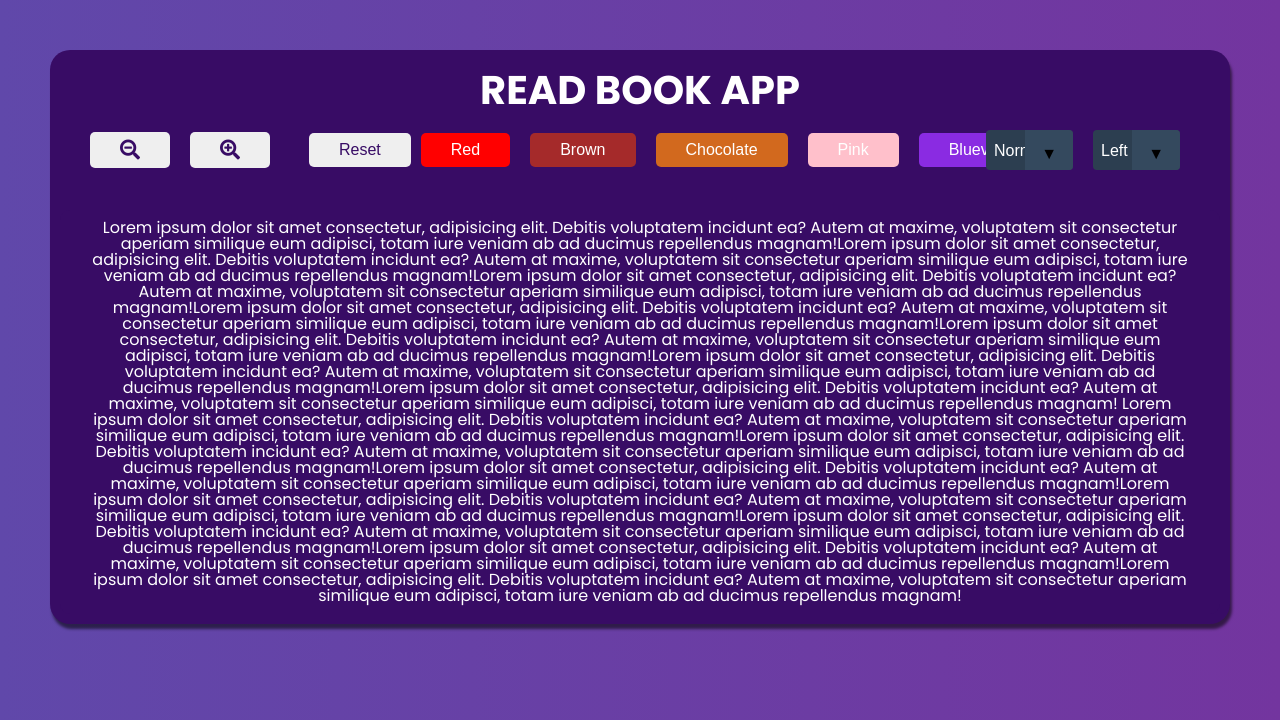
Repository: dinhconglam2306/frontend_tu_xa
Page: b09/02-reading-info/index.html
These files come from the project's save history. The page is drawn as it stood at one moment and after the next save; the edit follows.
The browser window is 1280 px wide. The pictures show the whole page.
After loading, the first visible `button.app-controls-bg__reset` was clicked once.
Some web libraries are served in a nearby version. The style sheet was rebuilt from its Sass, Less or Tailwind sources for each picture, by a compiler version that may differ from the author's.

Above is the page before, as saved 2021-04-25 07:50:07.

### b09/02-reading-info/index.html
<!DOCTYPE html>
<html lang="en">
  <head>
    <meta charset="UTF-8" />
    <meta http-equiv="X-UA-Compatible" content="IE=edge" />
    <meta name="viewport" content="width=device-width, initial-scale=1.0" />
    <title>Document</title>
    <link rel="stylesheet" href="css/style.css" />
    <link
      rel="stylesheet"
      href="https://pro.fontawesome.com/releases/v5.10.0/css/all.css"
      integrity="sha384-AYmEC3Yw5cVb3ZcuHtOA93w35dYTsvhLPVnYs9eStHfGJvOvKxVfELGroGkvsg+p"
      crossorigin="anonymous"
    />
    <link rel="preconnect" href="https://fonts.gstatic.com" />
    <link
      href="https://fonts.googleapis.com/css2?family=Poppins:wght@100;300;400;500;700&display=swap"
      rel="stylesheet"
    />
  </head>
  <body>
    <div class="app">
      <h1 class="app__title">Read Book App</h1>
      <div class="app-controls">
        <div class="app-controls-zoom">
          <button class="app-controls-zoom__button" data-value="zoom-in">
            <i class="fas fa-search-minus app-controls-zoom__button-icon"></i>
          </button>
          <button class="app-controls-zoom__button" data-value="zoom-out">
            <i class="fas fa-search-plus app-controls-zoom__button-icon"></i>
          </button>
        </div>

        <div class="app-controls-bg">
          <button class="app-controls-bg__reset">Reset</button>
          <button
            class="app-controls-bg__color app-controls-bg__color-red"
            data-color="red"
          >
            Red
          </button>
          <button
            class="app-controls-bg__color app-controls-bg__color-brown"
            data-color="brown"
          >
            Brown
          </button>
          <button
            class="app-controls-bg__color app-controls-bg__color-yellow"
            data-color="chocolate"
          >
            Chocolate
          </button>
          <button
            class="app-controls-bg__color app-controls-bg__color-pink"
            data-color="pink"
          >
            Pink
          </button>
          <button
            class="app-controls-bg__color app-controls-bg__color-blueviolet"
            data-color="blueviolet"
          >
            Blueviolet
          </button>
        </div>
        <div class="app-controls-select">
          <div class="select">
            <select class="app-controls-select__lineheight">
              <option value="0.9">Narrow</option>
              <option value="1.2" selected>Normal</option>
              <option value="2">Large</option>
            </select>
          </div>
          <div class="select">
            <select class="app-controls-select__textalign">
              <option value="left" selected>Left</option>
              <option value="center">Center</option>
              <option value="right">Right</option>
              <option value="justify">Justify</option>
            </select>
          </div>
        </div>
      </div>
      <div class="app-content" style="font-size: 16px">
        <p>
          Lorem ipsum dolor sit amet consectetur, adipisicing elit. Debitis
          voluptatem incidunt ea? Autem at maxime, voluptatem sit consectetur
          aperiam similique eum adipisci, totam iure veniam ab ad ducimus
          repellendus magnam!Lorem ipsum dolor sit amet consectetur, adipisicing
          elit. Debitis voluptatem incidunt ea? Autem at maxime, voluptatem sit
          consectetur aperiam similique eum adipisci, totam iure veniam ab ad
          ducimus repellendus magnam!Lorem ipsum dolor sit amet consectetur,
          adipisicing elit. Debitis voluptatem incidunt ea? Autem at maxime,
          voluptatem sit consectetur aperiam similique eum adipisci, totam iure
          veniam ab ad ducimus repellendus magnam!Lorem ipsum dolor sit amet
          consectetur, adipisicing elit. Debitis voluptatem incidunt ea? Autem
          at maxime, voluptatem sit consectetur aperiam similique eum adipisci,
          totam iure veniam ab ad ducimus repellendus magnam!Lorem ipsum dolor
          sit amet consectetur, adipisicing elit. Debitis voluptatem incidunt
          ea? Autem at maxime, voluptatem sit consectetur aperiam similique eum
          adipisci, totam iure veniam ab ad ducimus repellendus magnam!Lorem
          ipsum dolor sit amet consectetur, adipisicing elit. Debitis voluptatem
          incidunt ea? Autem at maxime, voluptatem sit consectetur aperiam
          similique eum adipisci, totam iure veniam ab ad ducimus repellendus
          magnam!Lorem ipsum dolor sit amet consectetur, adipisicing elit.
          Debitis voluptatem incidunt ea? Autem at maxime, voluptatem sit
          consectetur aperiam similique eum adipisci, totam iure veniam ab ad
          ducimus repellendus magnam! Lorem ipsum dolor sit amet consectetur,
          adipisicing elit. Debitis voluptatem incidunt ea? Autem at maxime,
          voluptatem sit consectetur aperiam similique eum adipisci, totam iure
          veniam ab ad ducimus repellendus magnam!Lorem ipsum dolor sit amet
          consectetur, adipisicing elit. Debitis voluptatem incidunt ea? Autem
          at maxime, voluptatem sit consectetur aperiam similique eum adipisci,
          totam iure veniam ab ad ducimus repellendus magnam!Lorem ipsum dolor
          sit amet consectetur, adipisicing elit. Debitis voluptatem incidunt
          ea? Autem at maxime, voluptatem sit consectetur aperiam similique eum
          adipisci, totam iure veniam ab ad ducimus repellendus magnam!Lorem
          ipsum dolor sit amet consectetur, adipisicing elit. Debitis voluptatem
          incidunt ea? Autem at maxime, voluptatem sit consectetur aperiam
          similique eum adipisci, totam iure veniam ab ad ducimus repellendus
          magnam!Lorem ipsum dolor sit amet consectetur, adipisicing elit.
          Debitis voluptatem incidunt ea? Autem at maxime, voluptatem sit
          consectetur aperiam similique eum adipisci, totam iure veniam ab ad
          ducimus repellendus magnam!Lorem ipsum dolor sit amet consectetur,
          adipisicing elit. Debitis voluptatem incidunt ea? Autem at maxime,
          voluptatem sit consectetur aperiam similique eum adipisci, totam iure
          veniam ab ad ducimus repellendus magnam!Lorem ipsum dolor sit amet
          consectetur, adipisicing elit. Debitis voluptatem incidunt ea? Autem
          at maxime, voluptatem sit consectetur aperiam similique eum adipisci,
          totam iure veniam ab ad ducimus repellendus magnam!
        </p>
      </div>
    </div>
    <script src="js/jquery-3.6.0.min.js"></script>
    <script src="js/main.js"></script>
  </body>
</html>

### b09/02-reading-info/js/main.js
$(document).ready(function () {
  let areaContent = $(".app-content");
  let btnZoom = $(".app-controls-zoom__button");
  let btnColor = $(".app-controls-bg__color");
  let selectLineheight = $(".app-controls-select__lineheight");
  let textAlign = $(".app-controls-select__textalign");

  let config = JSON.parse(localStorage.getItem("READING_INFO"));
  if (config) {
    areaContent.css("background-color", config.bgColor);
    areaContent.css("font-size", config.fontSize + "px");
    areaContent.css("text-align", config.position);
    areaContent.css("line-height", config.lineHeight);
  } else {
    config = {
      bgColor: "#380c65",
      lineHeight: 1,
      position: "right",
      fontSize: 12,
    };
    localStorage.setItem("READING_INFO", JSON.stringify(config));
  }

  /*------------RESET - START---------*/

  $(".app-controls-bg__reset").click(function () {
    // localStorage.removeItem("READING_INFO");
    areaContent.css("background-color", "#380c65");
    areaContent.css("line-height", 1);
    areaContent.css("text-align", "center");
    areaContent.css("font-size", 16);
  });

  /*------------FONTSIZE - START---------*/
  const incrementFontsize = 1;
  btnZoom.on("click", function () {
    let fontSize = parseFloat($(".app-content").css("font-size"));
    let value = $(this).data("value");
    if (value == "zoom-out") {
      fontSize += incrementFontsize;
    } else if (value == "zoom-in") {
      fontSize -= incrementFontsize;
    }
    areaContent.css("font-size", fontSize + "px");
    config.fontSize = fontSize;
    localStorage.setItem("READING_INFO", JSON.stringify(config));
  });
  /*------------FONTSIZE - END---------*/

  /*------------BACKGROUND-COLOR - START---------*/
  btnColor.click(function () {
    let color = $(this).data("color");
    areaContent.css("background-color", color);
    config.bgColor = color;
    localStorage.setItem("READING_INFO", JSON.stringify(config));
  });
  /*------------BACKGROUND-COLOR - END---------*/

  /*------------LINE-HEIGHT - START---------*/
  selectLineheight.change(function () {
    let lineheight = selectLineheight.val();
    areaContent.css("line-height", lineheight);
    config.lineHeight = lineheight;
    localStorage.setItem("READING_INFO", JSON.stringify(config));
  });
  /*------------LINE-HEIGHT - END---------*/

  /*------------TEXT-ALIGN - START---------*/
  textAlign.change(function () {
    let position = textAlign.val();
    areaContent.css("text-align", position);
    config.position = position;
    localStorage.setItem("READING_INFO", JSON.stringify(config));
  });
  /*------------TEXT-ALIGN - END---------*/
});

### b09/02-reading-info/style.scss
@mixin size($width, $height: $width) {
  width: $width;
  height: $height;
}
@mixin flexbox(
  $align: flex-start,
  $justify: flex-start,
  $flex-direction: row,
  $wrap: nowrap
) {
  display: flex;
  align-items: $align;
  justify-content: $justify;
  flex-direction: $flex-direction;
  flex-wrap: $wrap;
}
* {
  margin: 0px;
  padding: 0px;
  box-sizing: border-box;
}
html {
  font-size: 62.5%;
}
body {
  padding: 5rem;
  font-size: 1.6rem;
  font-family: "Poppins", sans-serif;
  font-weight: normal;
  display: flex;
  align-items: center;
  justify-content: center;
  background-image: linear-gradient(to right, #6048aa, #73359f);
}
select {
  -webkit-appearance: none;
  -moz-appearance: none;
  -ms-appearance: none;
  appearance: none;
  outline: 0;
  box-shadow: none;
  border: 0 !important;
  background: #2c3e50;
  background-image: none;
}
select::-ms-expand {
  display: none;
}
a {
  text-decoration: none;
}
img {
  display: block;
  max-width: 100%;
}
select {
  flex: 1;
  padding: 0 0.5em;
  color: #fff;
  cursor: pointer;
  font-size: 1.6rem;
}

.select {
  position: relative;
  display: flex;
  width: 15rem;
  height: 4rem;
  line-height: 3;
  background: #2c3e50;
  overflow: hidden;
  border-radius: 0.25em;
  margin-right: 2rem;
}

.select::after {
  content: "\25BC";
  position: absolute;
  top: 0;
  right: 0;
  padding: 0 1em;
  background: #34495e;
  cursor: pointer;
  pointer-events: none;
  -webkit-transition: 0.25s all ease;
  -o-transition: 0.25s all ease;
  transition: 0.25s all ease;
}
.select:hover::after {
  color: #f39c12;
}
.app {
  display: flex;
  flex-direction: column;
  align-items: center;
  justify-content: center;
  width: 100vw;
  background-color: #380c65;
  overflow: hidden;
  padding: 1rem;
  border-radius: 2rem;
  box-shadow: 2px 5px 3px rgba(0, 0, 0, 0.548);
  &__title {
    color: white;
    font-size: 4rem;
    text-transform: uppercase;
  }
  &-controls {
    display: flex;
    align-items: center;
    justify-content: space-between;
    width: 100%;
    height: 6rem;
    padding: 0 2rem;
    &-select {
      display: flex;
    }
    &-zoom {
      width: calc(20% - 1rem);
      display: flex;
      align-items: center;
      &__button {
        padding: 0.8rem 3rem;
        border: 0;
        margin: 1rem;
        border-radius: 0.5rem;
        cursor: pointer;
        display: flex;
        justify-content: center;
        align-items: center;
        color: #380c65;
        &:hover {
          background-color: #6508c2;
          color: white;
        }
        &:active {
          transform: scale(0.98);
        }
        &-icon {
          font-size: 2rem;
        }
      }
    }
    &-bg {
      width: calc(60% - 1rem);
      display: flex;
      align-items: center;
      justify-content: space-between;
      &__reset {
        padding: 0.8rem 3rem;
        border: 0;
        border-radius: 0.5rem;
        cursor: pointer;
        color: #380c65;
        font-size: 1.6rem;
        &:active {
          transform: scale(0.98);
        }
      }
      &__color {
        padding: 0.8rem 3rem;
        border: 0;
        margin: 1rem;
        border-radius: 0.5rem;
        cursor: pointer;
        display: flex;
        justify-content: center;
        align-items: center;
        color: #380c65;
        font-size: 1.6rem;
        &-red {
          background-color: red;
          color: white;
          &:active {
            transform: scale(0.98);
          }
        }
        &-aqua {
          background-color: aqua;
          color: white;
          &:active {
            transform: scale(0.98);
          }
        }
        &-yellow {
          background-color: chocolate;
          color: white;
          &:active {
            transform: scale(0.98);
          }
        }
        &-brown {
          background-color: brown;
          color: white;
          &:active {
            transform: scale(0.98);
          }
        }
        &-pink {
          background-color: pink;
          color: white;
          &:active {
            transform: scale(0.98);
          }
        }
        &-blueviolet {
          background-color: blueviolet;
          color: white;
          &:active {
            transform: scale(0.98);
          }
        }
      }
    }
    &-select {
      width: calc(20% - 1rem);
    }
  }
  &-content {
    color: white;
    padding: 1rem 3rem;
    border-radius: 1rem;
    margin-top: 3rem;
  }
}

Loaded but not shown: b09/02-reading-info/js/jquery-3.6.0.min.js (library)

After the next save:
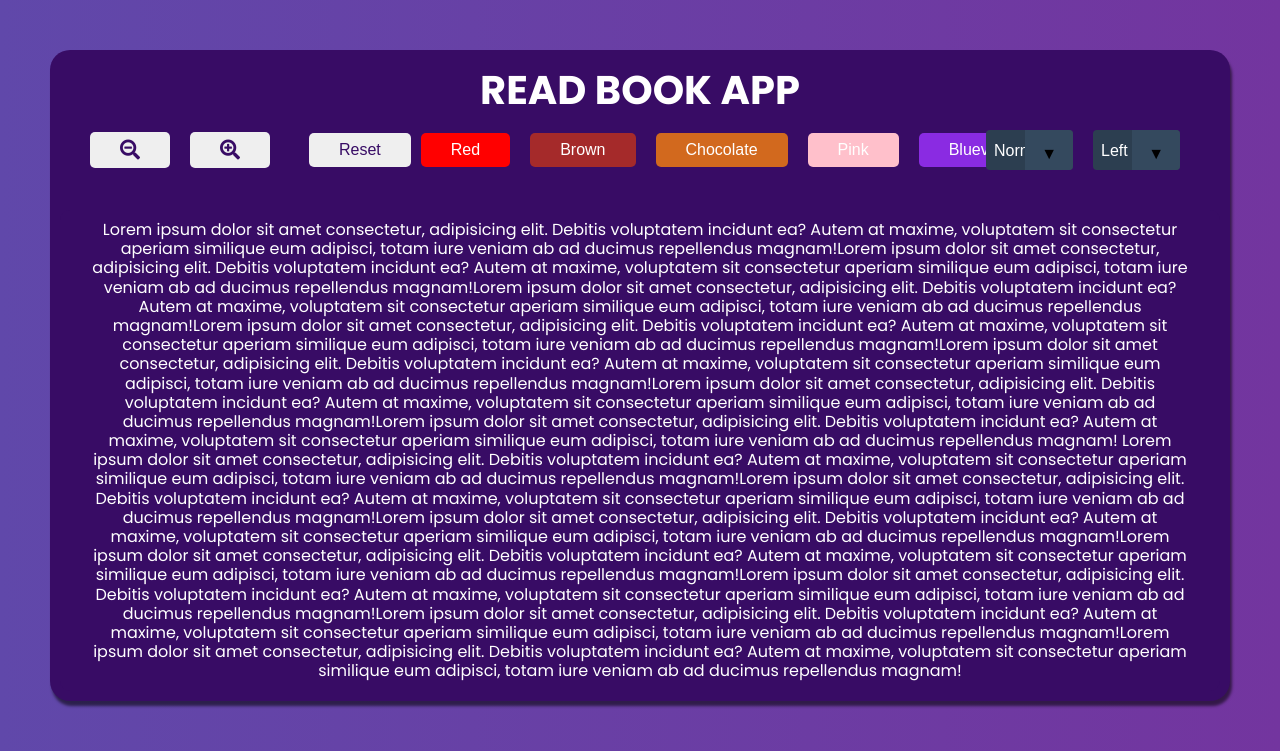
Saved 23 s later.
--- a/b09/02-reading-info/js/main.js
+++ b/b09/02-reading-info/js/main.js
@@ -26,7 +26,7 @@ $(document).ready(function () {
   $(".app-controls-bg__reset").click(function () {
     // localStorage.removeItem("READING_INFO");
     areaContent.css("background-color", "#380c65");
-    areaContent.css("line-height", 1);
+    areaContent.css("line-height", 1.2);
     areaContent.css("text-align", "center");
     areaContent.css("font-size", 16);
   });
